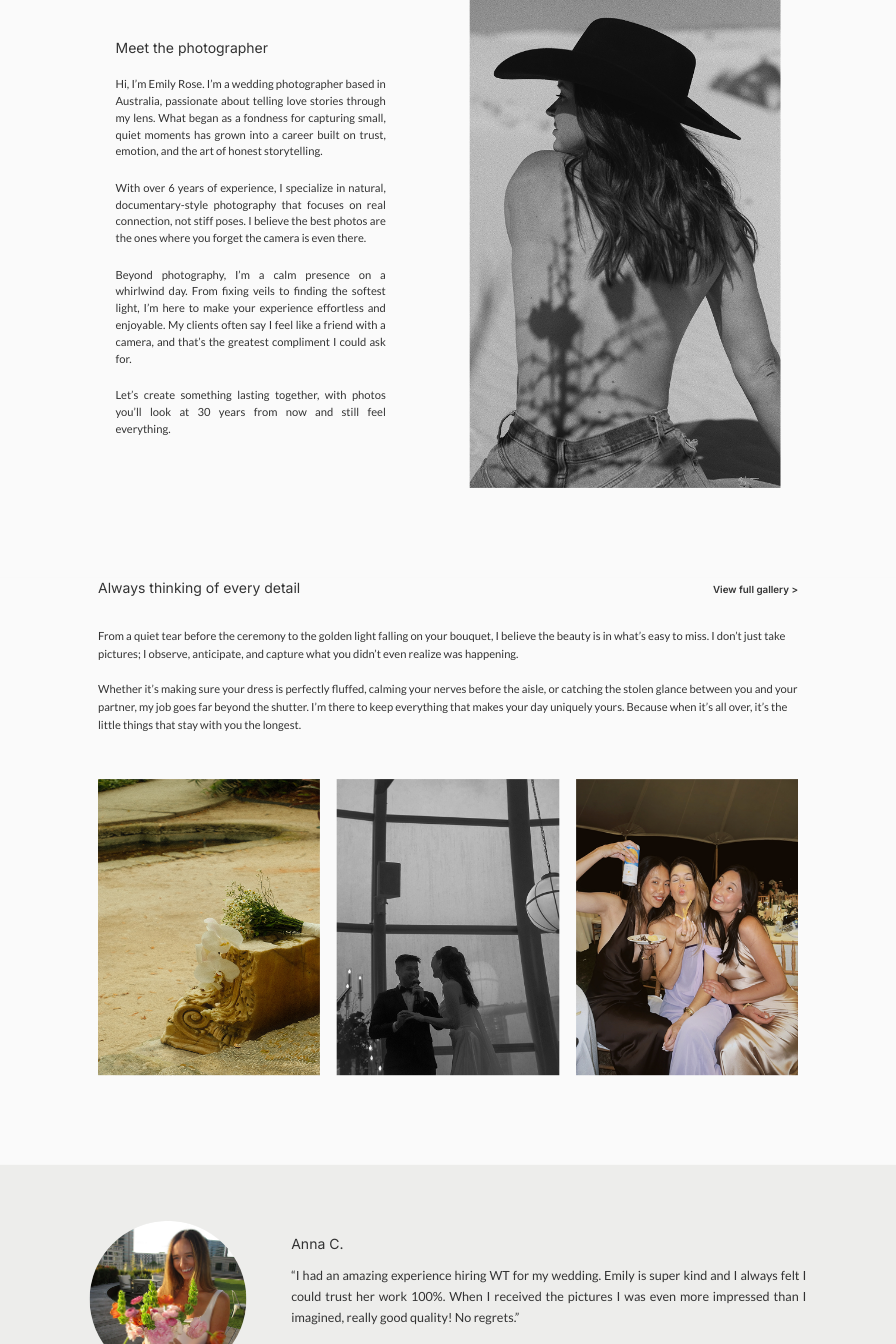
Repository: eduarda-magnago/wt-photography
Page: /
These files come from the project's save history. The page is drawn as it stood at one moment and after the next save; the edit follows.
The browser window is 1280 px wide. The pictures show the part of the page from y = 1180 to 3100 px (the page is 3776 px tall), at 70% of full size.
Some web fonts or font styles are not loaded; a fallback is used. The project was rebuilt for these pictures with package versions that can differ from the ones it lists, and the page was loaded fresh each time. The framework's server and built-in components were replaced by stand-ins that run in the browser. Also part of the build but not shown: next.config.ts.

Above is the page before, as saved 2026-10-19 13:58:18.

### app/layout.tsx
import type { Metadata } from "next";
import { Inter, Lato, Cormorant_SC } from "next/font/google";
import Header from "@/components/layout/header";
import Footer from "@/components/layout/footer";
import "./globals.css";

const inter = Inter({
  subsets: ["latin"],
  variable: "--font-inter",
});

const lato = Lato({
  subsets: ["latin"],
  weight: ["300", "400", "700"],
  variable: "--font-lato",
});

const cormorant = Cormorant_SC({
  subsets: ["latin"],
  weight: ["300", "400", "500"],
  variable: "--font-cormorant",
});

export const metadata: Metadata = {
  title: "Timeless Wedding Photography",
  description: "Timeless wedding photography",
};

export default function RootLayout({
  children,
}: {
  children: React.ReactNode;
}) {
  return (
    <html
      lang="en"
      className={`${inter.variable} ${lato.variable} ${cormorant.variable}`}
    >
      <body className="font-sans antialiased">
        <Header />
        <main>{children}</main>
        <Footer />
      </body>
    </html>
  );
}

### app/page.tsx
import Hero from "@/components/hero";
import Intro from "@/components/home/intro";
import About from "@/components/home/about";
import Details from "@/components/home/details";
import Testimonials from "@/components/home/testimonials";
import Reveal from "@/components/reveal";

export default function Home() {
  return (
    <>
      <Hero
        eyebrow="Timeless Wedding Photography"
        title="Capturing the essence of your treasured moments"
        image="/img/hero-bg.jpg"
      />
      <Reveal>
        <Intro />
      </Reveal>
      <Reveal>
        <About />
      </Reveal>
      <Reveal>
        <Details />
      </Reveal>
      <Reveal>
      <Testimonials />
      </Reveal>
    </>
  );
}

### components/layout/header.tsx
"use client";

import { useState } from "react";
import Image from "next/image";
import Link from "next/link";

const navLinks = [
  { label: "Home", href: "/" },
  { label: "About me", href: "/#about" },
  { label: "Gallery", href: "/#gallery" },
  { label: "Testimonials", href: "/#testimonials" },
  { label: "Contact Us", href: "/contact#contact-form" },
];

export default function Header() {
  const [open, setOpen] = useState(false);

  return (
    <header className="absolute inset-x-0 top-0 z-30">
      <div className="flex items-start justify-between px-6 py-8 md:px-14">
        <ul className="flex items-center gap-3">
          <li>
            <a
              href="#"
              aria-label="Instagram"
              className="relative block h-[19px] w-[18px] transition-opacity hover:opacity-70"
            >
              <Image
                src="/img/instagram.png"
                alt=""
                fill
                sizes="18px"
                className="object-contain"
              />
            </a>
          </li>
          <li>
            <a
              href="#"
              aria-label="Facebook"
              className="relative block h-[18px] w-[18px] transition-opacity hover:opacity-70"
            >
              <Image
                src="/img/facebook.png"
                alt=""
                fill
                sizes="18px"
                className="object-contain"
              />
            </a>
          </li>
          <li>
            <a
              href="#"
              aria-label="YouTube"
              className="relative block h-[18px] w-[18px] transition-opacity hover:opacity-70"
            >
              <Image
                src="/img/youtube.png"
                alt=""
                fill
                sizes="18px"
                className="object-contain"
              />
            </a>
          </li>
          <li>
            <a
              href="#"
              aria-label="LinkedIn"
              className="relative block h-[18px] w-[18px] transition-opacity hover:opacity-70"
            >
              <Image
                src="/img/linkedin.png"
                alt=""
                fill
                sizes="18px"
                className="object-contain"
              />
            </a>
          </li>
        </ul>

        <button
          type="button"
          onClick={() => setOpen(true)}
          aria-label="Open menu"
          className="relative block h-6 w-9 transition-opacity hover:opacity-70"
        >
          <Image
            src="/img/menu.png"
            alt=""
            fill
            sizes="36px"
            className="object-contain"
          />
        </button>
      </div>

      {open && (
        <div className="fixed inset-0 z-40 flex items-center justify-center bg-ink/95">
          <button
            type="button"
            onClick={() => setOpen(false)}
            aria-label="Close menu"
            className="absolute right-6 top-8 text-3xl text-white md:right-14"
          >
            ✕
          </button>
          <nav>
            <ul className="flex flex-col items-center gap-8">
              {navLinks.map((link) => (
                <li key={link.label}>
                  <Link
                    href={link.href}
                    onClick={() => setOpen(false)}
                    className="font-heading text-2xl text-white"
                  >
                    {link.label}
                  </Link>
                </li>
              ))}
            </ul>
          </nav>
        </div>
      )}
    </header>
  );
}

### components/layout/footer.tsx
import Image from "next/image";
import Link from "next/link";

const exploreLinks = [
  { label: "Home", href: "/" },
  { label: "About", href: "/#about" },
  { label: "Gallery", href: "/#gallery" },
  { label: "Testimonials", href: "/#testimonials" },
  { label: "Contact", href: "/contact#contact-form" },
];

const headingClass = "mb-6 text-xs uppercase tracking-widest";

export default function Footer() {
  return (
    <footer>
      <div className="bg-ink px-6 py-12 text-sm text-white md:px-52 md:py-14">
        <div className="mx-auto max-w-[1600px]">
          <div className="grid gap-12 md:grid-cols-[1fr_auto_auto] md:gap-24">
            <div>
              <Image
                src="/img/logo.png"
                alt="WT Timeless Photography"
                width={240}
                height={110}
              />
              <p className="mt-6 max-w-xs leading-relaxed md:mt-8">
                With a natural and artistic approach, I create photographs that reflect who you are. Based in Melbourne, available wherever you’d like to say yes.
              </p>
              <ul className="mt-6 flex items-center gap-3">
                <li>
                  <a
                    href="#"
                    aria-label="Instagram"
                    className="transition-opacity hover:opacity-70"
                  >
                    <Image src="/img/instagram.png" alt="" width={18} height={18} />
                  </a>
                </li>
                <li>
                  <a
                    href="#"
                    aria-label="Facebook"
                    className="relative block h-[18px] w-[18px] transition-opacity hover:opacity-70"
                  >
                    <Image
                      src="/img/facebook.png"
                      alt=""
                      fill
                      sizes="18px"
                      className="object-contain"
                    />
                  </a>
                </li>
                <li>
                  <a
                    href="#"
                    aria-label="YouTube"
                    className="transition-opacity hover:opacity-70"
                  >
                    <Image src="/img/youtube.png" alt="" width={18} height={18} />
                  </a>
                </li>
                <li>
                  <a
                    href="#"
                    aria-label="LinkedIn"
                    className="transition-opacity hover:opacity-70"
                  >
                    <Image src="/img/linkedin.png" alt="" width={18} height={18} />
                  </a>
                </li>
              </ul>
            </div>

            <div className="md:pt-6">
              <h3 className={headingClass}>Links</h3>
              <ul className="space-y-2">
                {exploreLinks.map((link) => (
                  <li key={link.label}>
                    <Link href={link.href}>{link.label}</Link>
                  </li>
                ))}
              </ul>
            </div>

            <div className="md:pt-6">
              <h3 className={headingClass}>Contact</h3>
              <address className="not-italic leading-relaxed">
                28 Banksia Street
                <br />
                Fitzroy VIC 3065
                <br />
                Australia
              </address>
              <div className="mt-6 flex flex-col gap-1 underline">
                <a href="tel:+61355500147">+61 3 5550 0147</a>
                <a href="tel:+61491570156">+61 491 570 156</a>
              </div>
              <a
                href="mailto:infowt@gmail.com"
                className="mt-6 block underline"
              >
                infowt@gmail.com
              </a>
            </div>
          </div>

          <div className="mt-14 flex flex-col gap-3 border-t border-white/30 pt-6 text-xs md:flex-row md:items-center md:justify-between">
            <Link href="/privacy-policy-terms" className="transition-opacity hover:opacity-70">
              Privacy Policy &amp; Terms
            </Link>
            <a href="#" className="transition-opacity hover:opacity-70">
              Back to top &uarr;
            </a>
          </div>
        </div>
      </div>

      <div className="bg-neutral-200 px-6 py-5 text-xs text-ink md:px-25">
        <div className="mx-auto flex max-w-[1600px] flex-col gap-2 md:flex-row md:justify-between">
          <p>
            Designed &amp; Developed by{" "}
            <a
              href="https://www.instagram.com/webstudio.em"
              target="_blank"
              rel="noopener noreferrer"
              className="underline"
            >
              EM Studio Web
            </a>
          </p>
          <p>© WT Timeless Wedding Photography 2026 - All rights reserved.</p>
        </div>
      </div>
    </footer>
  );
}

### app/globals.css
@import "tailwindcss";

@theme inline {
  --font-sans: var(--font-lato);
  --font-heading: var(--font-inter);
  --font-hero: var(--font-cormorant);

  --color-ink: #333333;
  --color-sand: #ededeb;
  --color-paper: #fafafa;
  --color-blush: #f4e6dc;
}

html {
  scroll-behavior: smooth;
}

body {
  background: var(--color-paper);
  color: var(--color-ink);
}

### components/hero.tsx
import Image from "next/image";
import Link from "next/link";

type HeroProps = {
  eyebrow: string;
  title: string;
  image: string;
  ctaLabel?: string;
  ctaHref?: string;
};

export default function Hero({
  eyebrow,
  title,
  image,
  ctaLabel = "Explore the gallery",
  ctaHref = "/#gallery",
}: HeroProps) {
  return (
    <section className="relative flex h-[70vh] min-h-[715px] items-center justify-center overflow-hidden">
      <Image
        src="/img/hero.png"
        alt=""
        fill
        priority
        sizes="100vw"
        className="object-cover"
      />
      <div className="absolute inset-0 bg-black/5" />
      <div className="relative z-10 flex max-w-3xl flex-col items-center px-6 text-center text-white">
        <p className="mb-4 text-sm">{eyebrow}</p>
        <h1 className="font-hero text-5xl capitalize leading-[0.7] md:text-7xl">
          {title}
        </h1>
        <Link
          href={ctaHref}
          className="mt-8 border-b border-white pb-1 text-xs uppercase tracking-wider"
        >
          {ctaLabel}
        </Link>
      </div>
    </section>
  );
}

### components/home/intro.tsx
export default function Intro() {
  return (
    <section className="bg-sand px-6 py-22 md:py-25">
      <p className="mx-auto max-w-4xl text-justify text-xl leading-relaxed md:text-2xl">
        Your love story is one of a kind, filled with genuine emotion, meaningful details, and unforgettable memories. My passion is to preserve fleeting seconds and transform them into images you can keep for years and years.
      </p>
    </section>
  );
}

### components/home/about.tsx
import Image from "next/image";

export default function About() {
  return (
    <section id="about" className="bg-paper px-6 py-24 md:px-14 md:py-32">
      <div className="mx-auto grid max-w-[950px] items-center gap-12 md:grid-cols-[435fr_500fr] md:gap-x-12 xl:gap-x-[120px]">
        <div>
          <h2 className="font-heading text-[20px]">Meet the photographer</h2>

          <div className="mt-6 space-y-7 text-justify text-[16px] leading-6">
            <p>
              Hi, I’m Emily Rose. I’m a wedding photographer based in Australia, passionate about telling love stories through my lens. What began as a fondness for capturing small, quiet moments has grown into a career built on trust, emotion, and the art of honest storytelling.
            </p>
            <p>
              With over 6 years of experience, I specialize in natural, documentary-style photography that focuses on real connection, not stiff poses. I believe the best photos are the ones where you forget the camera is even there.
            </p>
            <p>
              Beyond photography, I’m a calm presence on a whirlwind day. From fixing veils to finding the softest light, I’m here to make your experience effortless and enjoyable. My clients often say I feel like a friend with a camera, and that’s the greatest compliment I could ask for.
            </p>
            <p>
              Let’s create something lasting together, with photos you’ll look at 30 years from now and still feel everything.
            </p>
          </div>
        </div>

        <div className="relative aspect-[619/855] w-full md:aspect-[619/1000]">
          <Image
            src="/img/about.png"
            alt="Wedding photographer picture"
            fill
            sizes="(min-width: 1280px) 500px, (min-width: 768px) 50vw, 100vw"
            className="object-cover"
          />
        </div>
      </div>
    </section>
  );
}

### components/home/details.tsx
import Image from "next/image";
import Link from "next/link";

const photos = [
  { src: "/img/detail1.png", alt: "Bouquet resting on a golden ornament" },
  { src: "/img/detail2.png", alt: "Couple dancing by a large window" },
  { src: "/img/detail3.png", alt: "Bridesmaids laughing together" },
];

export default function Details() {
  return (
    <section id="gallery" className="bg-paper px-6 pb-24 md:px-14 md:pb-32">
      <div className="mx-auto max-w-[1000px]">
        <div className="flex items-baseline justify-between">
          <h2 className="font-heading text-[20px]">
            Always thinking of every detail
          </h2>
          <Link href="/#gallery" className="font-heading text-sm font-semibold">
            View full gallery &gt;
          </Link>
        </div>

        <div className="mt-10 space-y-6 text-[16px] leading-relaxed">
          <p>
            From a quiet tear before the ceremony to the golden light falling on your bouquet, I believe the beauty is in what’s easy to miss. I don’t just take pictures; I observe, anticipate, and capture what you didn’t even realize was happening.
          </p>
          <p>
            Whether it’s making sure your dress is perfectly fluffed, calming your nerves before the aisle, or catching the stolen glance between you and your partner, my job goes far beyond the shutter. I’m there to keep everything that makes your day uniquely yours. Because when it’s all over, it’s the little things that stay with you the longest.
          </p>
        </div>

        <div className="mt-16 grid gap-6 md:grid-cols-3">
          {photos.map((photo) => (
            <div key={photo.src} className="relative aspect-[3/4]">
              <Image
                src={photo.src}
                alt={photo.alt}
                fill
                sizes="(min-width: 768px) 33vw, 100vw"
                className="object-cover"
              />
            </div>
          ))}
        </div>
      </div>
    </section>
  );
}

### components/home/testimonials.tsx
"use client";

import { useState } from "react";
import Image from "next/image";

const testimonials = [
  {
    name: "Anna C.",
    image: "/img/testimonial.png",
    quote:
      "I had an amazing experience hiring WT for my wedding. Emily is super kind and I always felt I could trust her work 100%. When I received the pictures I was even more impressed than I imagined, really good quality! No regrets.",
  },
];

export default function Testimonials() {
  const [index, setIndex] = useState(0);
  const current = testimonials[index];

  function next() {
    setIndex((prev) => (prev + 1) % testimonials.length);
  }

  return (
    <section id="testimonials" className="bg-sand px-6 py-20 md:px-14">
      <div className="mx-auto grid max-w-5xl items-center gap-10 md:grid-cols-[auto_1fr] md:gap-16">
        <div className="relative h-48 w-48 overflow-hidden rounded-full md:h-56 md:w-56">
          <Image
            src={current.image}
            alt={current.name}
            fill
            sizes="224px"
            className="object-cover"
          />
        </div>

        <div>
          <h3 className="font-heading text-xl">{current.name}</h3>
          <blockquote className="mt-4 text-justify text-lg leading-relaxed">
            “{current.quote}”
          </blockquote>
          <button
            type="button"
            onClick={next}
            className="font-heading mt-8 ml-auto block text-sm font-semibold"
          >
            {index + 1}/{testimonials.length} &gt;
          </button>
        </div>
      </div>
    </section>
  );
}

### components/reveal.tsx
"use client";

import { useEffect, useRef, useState, type ReactNode } from "react";

type RevealProps = {
  children: ReactNode;
  className?: string;
  delay?: number;
};

export default function Reveal({
  children,
  className = "",
  delay = 0,
}: RevealProps) {
  const ref = useRef<HTMLDivElement>(null);
  const [visible, setVisible] = useState(false);

  useEffect(() => {
    const el = ref.current;
    if (!el) return;

    const observer = new IntersectionObserver(
      ([entry]) => {
        setVisible(entry.isIntersecting);
      },
      { threshold: 0.15, rootMargin: "0px 0px -5% 0px" }
    );

    observer.observe(el);
    return () => observer.disconnect();
  }, []);

  return (
    <div
      ref={ref}
      style={{ transitionDelay: `${delay}ms` }}
      className={`transition-all duration-700 ease-out motion-reduce:transition-none ${
        visible ? "translate-y-0 opacity-100" : "translate-y-8 opacity-0"
      } ${className}`}
    >
      {children}
    </div>
  );
}

After the next save:
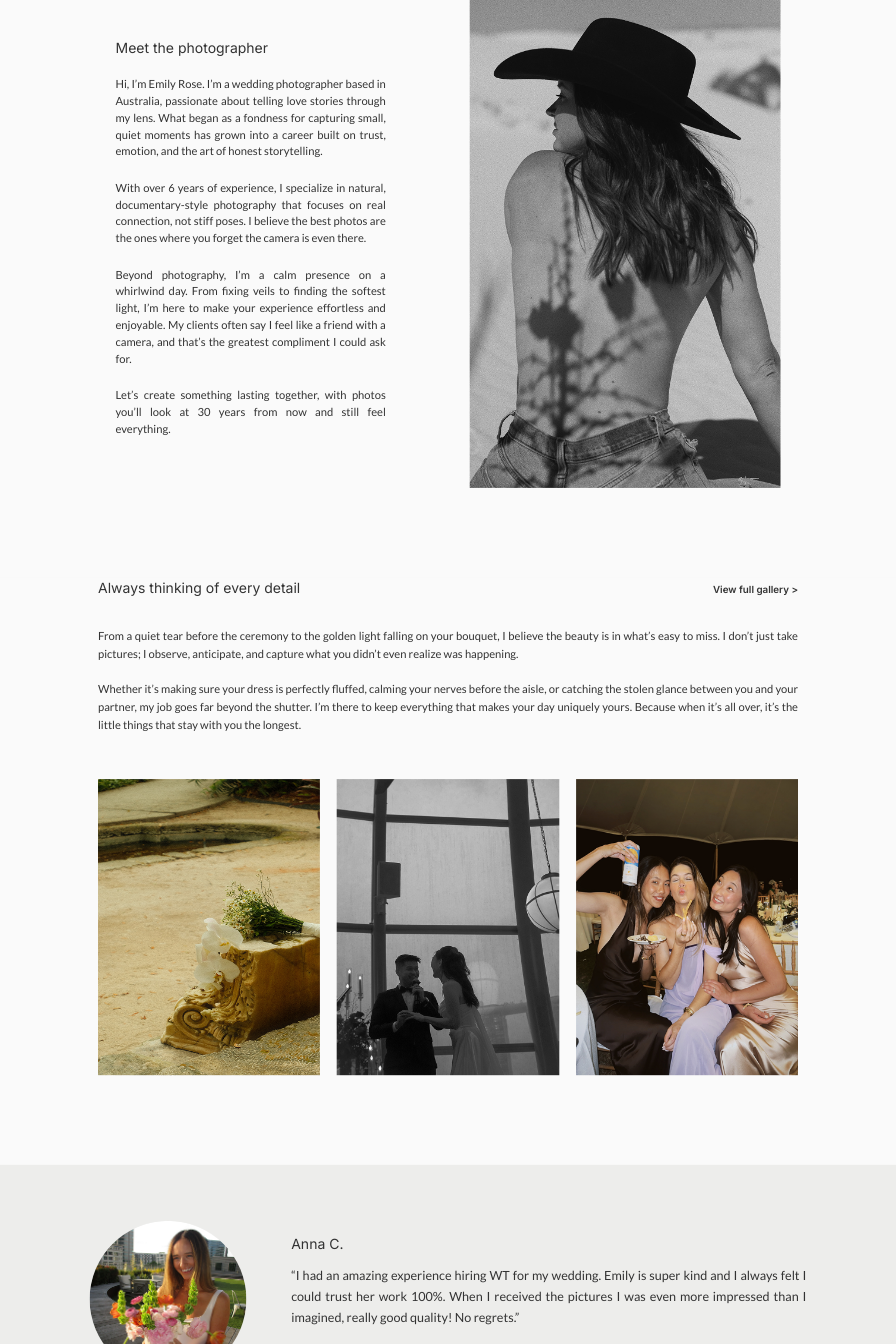
Saved 105 s later.
--- a/components/home/details.tsx
+++ b/components/home/details.tsx
@@ -20,7 +20,7 @@ export default function Details() {
           </Link>
         </div>
 
-        <div className="mt-10 space-y-6 text-[16px] leading-relaxed">
+        <div className="mt-10 space-y-6 text-[16px] leading-relaxed text-justify">
           <p>
             From a quiet tear before the ceremony to the golden light falling on your bouquet, I believe the beauty is in what’s easy to miss. I don’t just take pictures; I observe, anticipate, and capture what you didn’t even realize was happening.
           </p>
